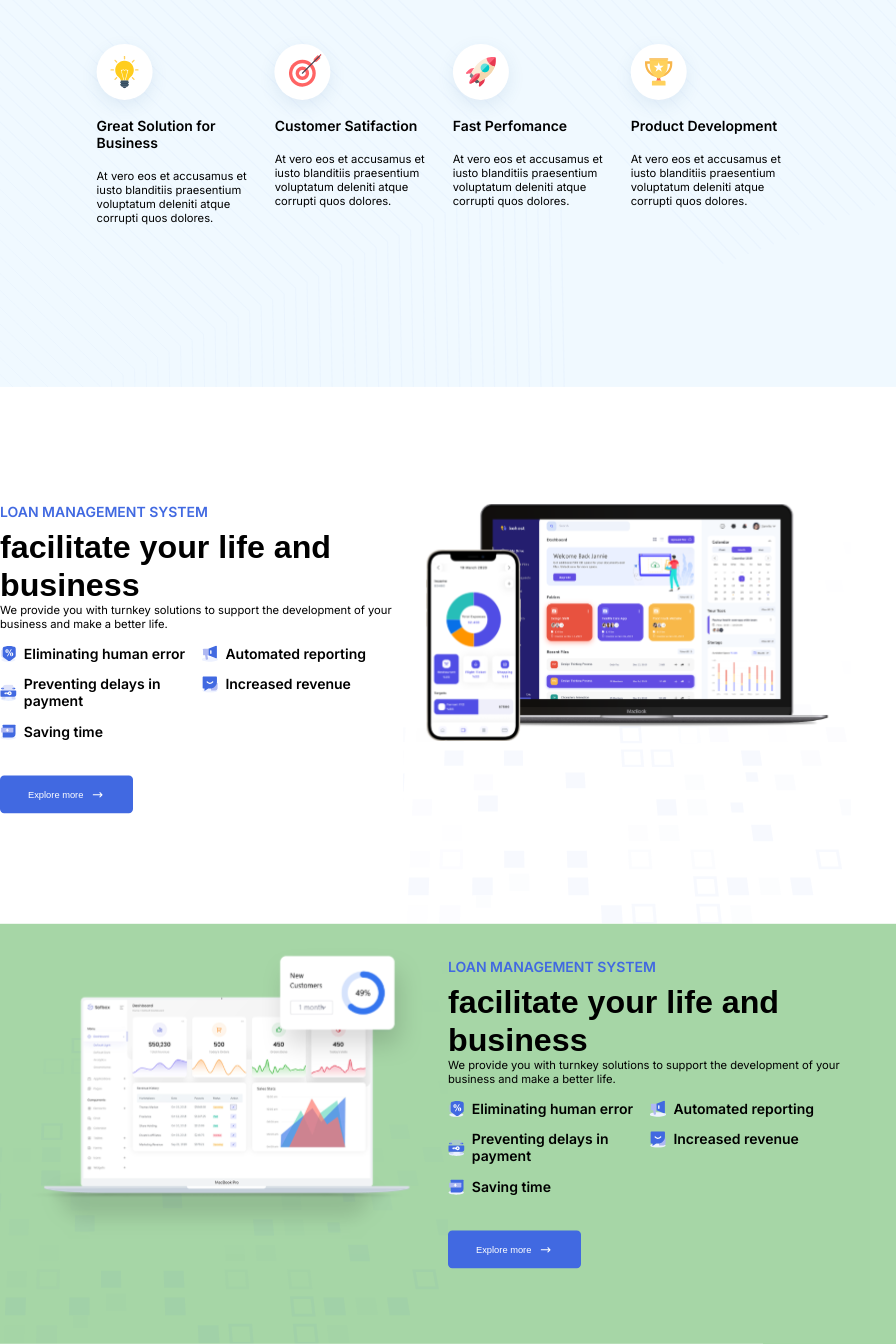
Repository: Chamsmey/static-html-css
Page: index.html
These files come from the project's save history. The page is drawn as it stood at one moment and after a run of saves; the edit follows.
The browser window is 1280 px wide. The pictures show the part of the page from y = 1114 to 3034 px (the page is 3034 px tall), at 70% of full size.
Some web fonts or font styles are not loaded; a fallback is used.

Above is the page before, as saved 2022-11-15 16:52:37.

After the next 2 saves:
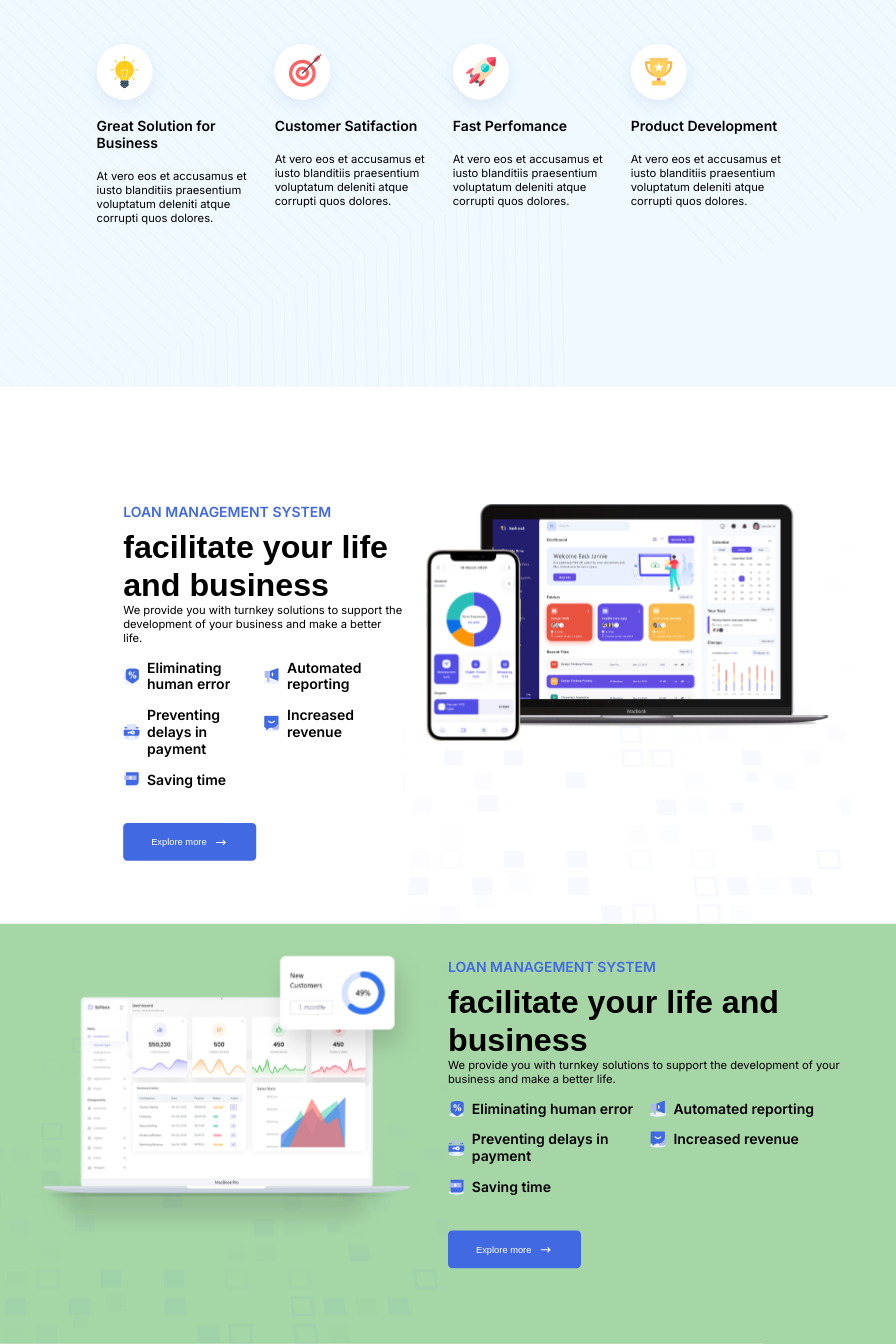
The 2 saves are shown as one change because they came seconds apart.
The last was saved 16 s later.
--- a/index.html
+++ b/index.html
@@ -173,7 +173,7 @@
     <!-- product  -->
     <div class="container">
         <section id="products" class="products_section">
-            <div class="product_description">
+            <div class="product_description pl_11em">
                 <h4 class="text_sm text_upper color_primary">Loan Management system</h4>
                 <h1 class="text_3xl mt_10">
                     facilitate your life and business
